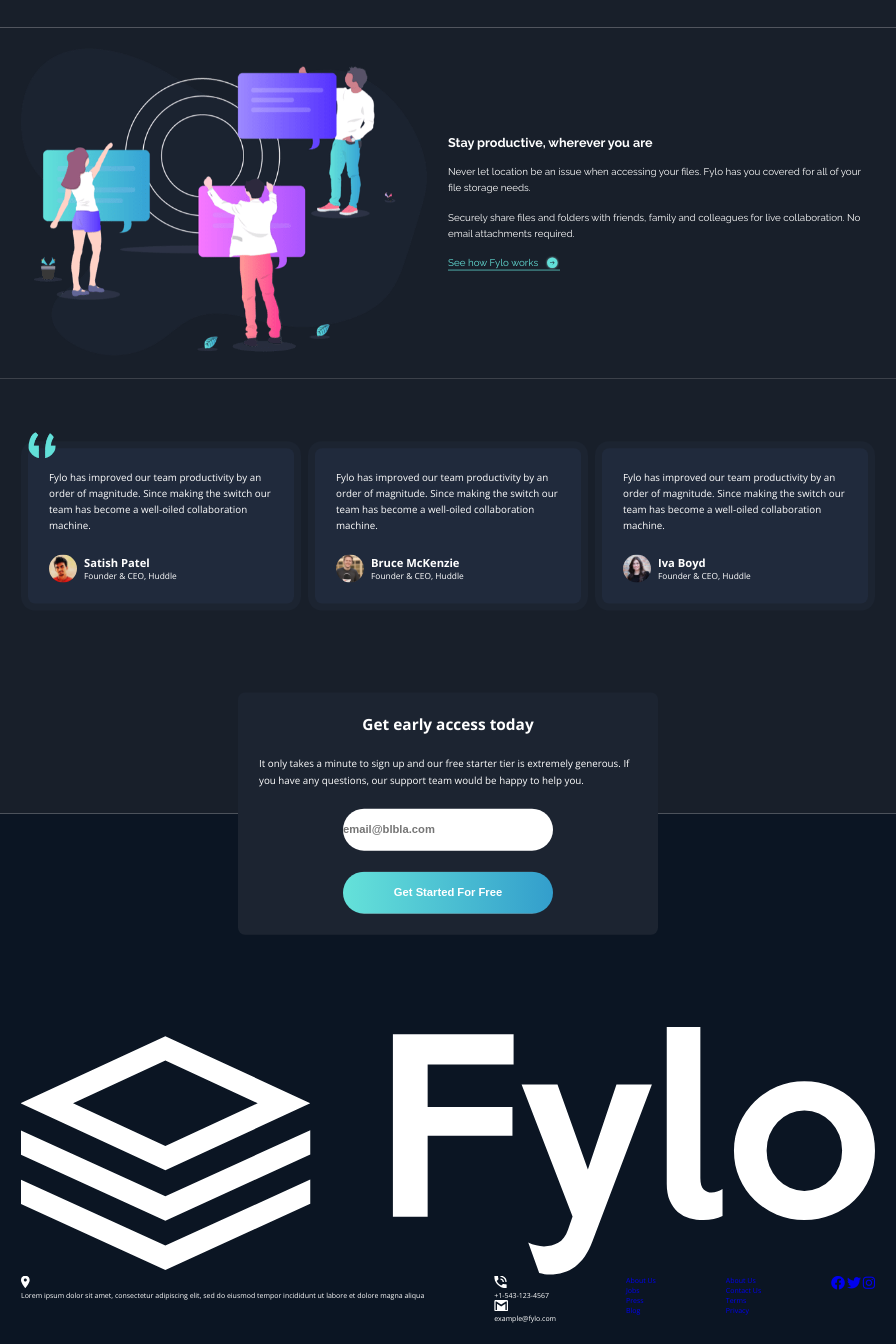
Repository: tomas938/fylo-dark-theme-landing-page-master
Page: index.html
These files come from the project's save history. The page is drawn as it stood at one moment and after the next save; the edit follows.
The browser window is 1280 px wide. The pictures show the part of the page from y = 1396 to 3316 px (the page is 3316 px tall before and 3036 px after), at 70% of full size.
Some web libraries are served in a nearby version. The style sheet was rebuilt from its Sass, Less or Tailwind sources for each picture, by a compiler version that may differ from the author's.

Above is the page before, as saved 2021-08-05 19:33:04.

### index.html
<!DOCTYPE html>
<html lang="en">
	<head>
		<meta charset="UTF-8" />
		<meta name="viewport" content="width=device-width, initial-scale=1.0" />
		<link
			rel="icon"
			type="image/png"
			sizes="32x32"
			href="./images/favicon-32x32.png"
		/>
		<title>
			Frontend Mentor | Fylo landing page with dark theme and features grid
		</title>
		<link rel="stylesheet" href="https://pro.fontawesome.com/releases/v5.10.0/css/all.css" integrity="sha384-AYmEC3Yw5cVb3ZcuHtOA93w35dYTsvhLPVnYs9eStHfGJvOvKxVfELGroGkvsg+p" crossorigin="anonymous"/>
		<link rel="stylesheet" href="/scss/main.css" />
	</head>
	<body>
		<section class="intro">
			<nav class="intro__navigation">
				<img src="/images/logo.svg" alt="" />
				<ul class="intro__navigation__links">
					<li><a href="#">Features</a></li>
					<li><a href="#">Team</a></li>
					<li><a href="#">Sign In</a></li>
				</ul>
			</nav>
			<div class="intro__description">
				<img class="bg-image" src="/images/illustration-intro.png" alt="" />
				<h1>All your files in one secure location, accessible anywhere.</h1>
				<p>
					Fylo stores all your most important files in one secure location.
					Access them wherever you need, share and collaborate with friends
					family, and co-workers.
				</p>
				<button class="blue-rounded">Get Started</button>
			</div>
		</section>
		<section class="about">
			<div class="about__item">
				<img src="/images/icon-access-anywhere.svg" class="icon"></img>
				<h3>Access your files, anywhere</h3>
				<p>
					The ability to use a smartphone, tablet, or computer to access your
					account means your files follow you everywhere.
				</p>
			</div>
			<div class="about__item">
				<img src="/images/icon-security.svg" class="icon"></img>
				<h3>Security you can trust</h3>
				<p>
					2-factor authentication and user-controlled encryption are just a
					couple of the security features we allow to help secure your files.
				</p>
			</div>
			<div class="about__item">
				<img src="/images/icon-collaboration.svg" class="icon"></img>
				<h3>Real-time collaboration</h3>
				<p>
					Securely share files and folders with friends, family and colleagues
					for live collaboration. No email attachments required.
				</p>
			</div>
			<div class="about__item">
				<img src="/images/icon-any-file.svg" class="icon"></img>
				<h3>Store any type of file</h3>
				<p>
					Whether you're sharing holidays photos or work documents, Fylo has you
					covered allowing for all file types to be securely stored and shared.
				</p>
			</div>
		</section>
    <section class="informations">
      <div class="informations__image">
        <img src="/images/illustration-stay-productive.png" alt="">
      </div>
      <div class="informations__content">
        <h4>Stay productive, wherever you are</h4>
        <p> Never let location be an issue when
		accessing your files. Fylo has you covered for all of your file storage
		needs.</p>
        <p> Securely share files and folders with friends, family and colleagues
		for live collaboration. No email attachments required.</p>
        <div class="link">
          <a href="#"> See how Fylo works</a>
          <img src="/images/icon-arrow.svg" alt="">
        </div>
      </div>
    </section>
    <section class="testimonials">
      <div class="testimonials__item">
        <img class="quotes" src="/images/bg-quotes.png" alt="">
        <p>	Fylo has improved our team productivity by an order of magnitude. Since
		making the switch our team has become a well-oiled collaboration machine.</p>
      <div class="person">
        <img src="/images/profile-1.jpg" alt="">
        <div class="person__information">
          <h4>	Satish Patel </h4>
          <h5> Founder & CEO, Huddle</h5>
        </div>
      </div>
      </div>
      <div class="testimonials__item">
        <p>	Fylo has improved our team productivity
		by an order of magnitude. Since making the switch our team has become a
		well-oiled collaboration machine.</p>
      <div class="person">
        <img src="/images/profile-2.jpg" alt="">
        <div class="person__information">
          <h4>Bruce McKenzie </h4>
          <h5> Founder & CEO, Huddle</h5>
        </div>
      </div>
      </div>
      <div class="testimonials__item">
        <p>	Fylo has improved our team productivity
		by an order of magnitude. Since making the switch our team has become a
		well-oiled collaboration machine.</p>
      <div class="person">
        <img src="/images/profile-3.jpg" alt="">
        <div class="person__information">
          <h4>	Iva Boyd </h4>
          <h5> Founder & CEO, Huddle</h5>
        </div>
      </div>
      </div>
    </section >
	<section class="contact">
		<div class="contact__item">
			<h3>Get early access today</h3>
			<p>	 It only takes a minute to sign
		  up and our free starter tier is extremely generous. If you have any
		  questions, our support team would be happy to help you.</p>
		  <input type="text" placeholder="email@blbla.com">
		  <button class="blue-rounded ">Get Started For Free</button>
		</div>
	</section>
	<!-- <footer class="footer">
		<div class="footer__wrapper">
			<div class="desk">
				<img class="logo" src="/images/logo.svg" alt="">
				<div  class="footer__wrapper__information">
					<div class="left">

						<div class="footer__wrapper__information__item">
							<img  src="/images/icon-location.svg" alt="">
							<p>Lorem ipsum dolor sit amet, consectetur adipiscing elit, sed do eiusmod
					tempor incididunt ut labore et dolore magna aliqua</p>
						</div>
					</div>
					<div class="right">

						<div class="footer__wrapper__information__item">
							<img src="/images/icon-phone.svg" alt="">
							<p> +1-543-123-4567</p>
						</div>
						<div class="footer__wrapper__information__item">
							<img  src="/images/icon-email.svg" alt="">
							<p>example@fylo.com</p>
						</div>
					</div>
					<div class="left-link">

						<div class="links-up">
							<a href="#">About Us</a>
							<a href="#">Jobs</a>
							<a href="#">Press</a>
							<a href="#"> Blog</a>
						</div>
					</div>
					<div class="right-link">

						<div class="links-down">
							<a href="#"> Contact Us</a>
							<a href="#">Terms</a>
							<a href="#"> Privacy</a>
						</div>
					</div>
					<div class="icons">
						<a href="#" ><i class="fab fa-facebook fa-2x"></i></a>
						<a href="#"><i class="fab fa-twitter fa-2x"></i></a>
						<a href="#">  <i class="fab fa-instagram fa-2x"></i>
						</a>
					</div>
				</div>
			</div>
		</div>
	</footer> -->
	<footer>
		<img class="logo" src="/images/logo.svg" alt="">
		<div class="footer__content">
			<div class="location">
				<img  src="/images/icon-location.svg" alt="">
							<p>Lorem ipsum dolor sit amet, consectetur adipiscing elit, sed do eiusmod
					tempor incididunt ut labore et dolore magna aliqua</p>
			</div>
			<div class="phone-email">
				<div class="phone"><img src="/images/icon-phone.svg" alt="">
							<p> +1-543-123-4567</p></div>
				<div class="email"><img  src="/images/icon-email.svg" alt="">
							<p>example@fylo.com</p></div>
			</div>
			<div class="right-links">
					<a href="#">About Us</a>
							<a href="#">Jobs</a>
							<a href="#">Press</a>
							<a href="#"> Blog</a>
			</div>
			<div class="left-links">
					<a href="#">About Us</a>
					<a href="#"> Contact Us</a>
					<a href="#">Terms</a>
					<a href="#"> Privacy</a>
			</div>
			<div class="icons">
						<a href="#" ><i class="fab fa-facebook fa-2x"></i></a>
						<a href="#"><i class="fab fa-twitter fa-2x"></i></a>
						<a href="#">  <i class="fab fa-instagram fa-2x"></i>
						</a>
			</div>
		</div>
	</footer>


	</body>
</html>

### scss/main.scss
@import "./_partials/variables";
@import "./_partials/_reset";
@import "./_partials/_intro";
@import "./_partials/_about";
@import "./_partials/_informations";
@import "./_partials/_testimonials";
@import "./_partials/_contact";
@import "./_partials/_footer";

### scss/_partials/_variables.scss
// COLORS //

// ### Primary //

$intro-bg: hsl(217, 28%, 15%); // intro email sign up
$main-bg: hsl(218, 28%, 13%);
$footer-bg: hsl(216, 53%, 9%);
$testimonials-bg: hsl(219, 30%, 18%);

// ### Accent //

$cayn: hsl(176, 68%, 64%); //(inside call-to-action gradient)//
$blue: hsl(198, 60%, 50%); //(inside call-to-action gradient)//
$error: hsl(0, 100%, 63%);

// ### Neutral //

$white: hsl(0, 0%, 100%);

// FONTS //

// ### Headings, Call-to-actions, Header Navigation //

@import url("https://fonts.googleapis.com/css2?family=Raleway:wght@400;700&display=swap");

$heading-font: "Raleway", sans-serif;
$heading-light: 400;
$heading-bold: 700;

// ### Body //

@import url("https://fonts.googleapis.com/css2?family=Open+Sans:wght@400;700&family=Raleway:wght@400;700&display=swap");

$body-font: "Open Sans", sans-serif;
$body-light: 400;
$body-bold: 700;

// Button
.blue-rounded {
	max-width: 30rem;
	font-size: 1.6rem;
	font-weight: $heading-bold;
	border: none;
	outline: none;
	color: $white;
	background-image: linear-gradient(to right, $cayn, $blue);
	border-radius: 3rem;
	height: 6rem;
	width: 100%;
}

### scss/_partials/_reset.scss
* {
	margin: 0;
	padding: 0;
	box-sizing: border-box;
}
body {
	color: $white;
	font-family: $body-font;
}
html {
	font-size: 62.5%;
	@media only screen and (min-width: 1600px) {
		font-size: 93.5%;
	}
	// @media only screen and (min-width: 1400px) {
	// 	font-size: 83.5%;
	// }
	@media only screen and (max-width: 800px) {
		font-size: 83.5%;
	}
	@media only screen and (max-width: 600px) {
		font-size: 63.5%;
	}
	@media only screen and (max-width: 340px) {
		font-size: 53.5%;
	}
}
a {
	text-decoration: none;
}
li {
	list-style: none;
}

### scss/_partials/_intro.scss
.intro {
	background-color: $intro-bg;
	font-family: $heading-font;
	background-image: url(/images/bg-curvy-mobile.svg);
	background-repeat: no-repeat;
	background-position: bottom;
	background-size: 150% 50%;

	&__navigation {
		padding: 3rem 2rem;
		display: flex;
		justify-content: space-between;
		@media only screen and (min-width: 800px) {
			padding: 3rem 8rem;
		}
	}
	img {
		width: 10rem;
		height: 2.95rem;
	}

	&__navigation__links {
		display: flex;
		align-items: center;
	}
	li:not(:last-child) {
		margin-right: 2.2rem;
	}
	a {
		color: $white;
		font-weight: $heading-light;
		font-size: 1.4rem;
	}
	&__description {
		max-width: 60rem;
		padding: 3rem;
		margin: auto;
		display: flex;
		flex-direction: column;
		align-items: center;
		grid-gap: 2rem;
	}
	.bg-image {
		width: 100%;
		height: 100%;
	}
	h1 {
		font-size: 2.5rem;
		text-align: center;
		line-height: 3.5rem;
	}
	p {
		font-size: 1.4rem;
		line-height: 2.3rem;
		text-align: center;
	}
}

### scss/_partials/_about.scss
.about {
	display: grid;
	grid-template-columns: 1fr;
	@media only screen and (min-width: 800px) {
		grid-template-columns: 35rem 35rem;
		grid-gap: 10rem;
		justify-content: center;
	}
	justify-items: center;
	grid-gap: 5rem;
	background-color: $main-bg;
	font-family: $heading-font;
	padding: 5rem 0;
	&__item {
		max-width: 35rem;

		display: flex;
		flex-direction: column;
		align-items: center;
		justify-content: center;
		padding: 0 1.5rem;
		grid-gap: 1rem;
	}
	.icon {
		margin-bottom: 3rem;
	}
	h3 {
		font-size: 2.2rem;
	}
	p {
		font-size: 1.4rem;
		line-height: 2.3rem;
	}
	h3,
	p {
		text-align: center;
	}
}

### scss/_partials/_informations.scss
.informations {
	display: flex;
	flex-direction: column;
	@media only screen and (min-width: 800px) {
		flex-direction: row;
		justify-content: space-around;
	}
	justify-content: center;
	align-items: center;
	grid-gap: 3rem;
	font-family: $heading-font;
	background-color: $main-bg;
	padding: 3rem;
	&__image {
		img {
			width: 100%;
		}
	}
	&__content {
		max-width: 60rem;
		@media only screen and (min-width: 800px) {
			max-width: 50%;
		}
		display: flex;
		flex-direction: column;
		grid-gap: 2rem;
	}
	h3 {
		text-align: center;
	}

	h4 {
		font-size: 1.8rem;
	}
	p {
		font-size: 1.4rem;
		line-height: 2.3rem;
		text-align: left;
	}
	.link {
		display: flex;
		align-items: center;
		justify-content: flex-start;
		border-bottom: 1px solid $cayn;
		width: 16rem;
		a {
			font-size: 1.4rem;
			color: $cayn;
		}
		img {
			margin-left: 1rem;
			height: 2rem;
		}
	}
}

### scss/_partials/_testimonials.scss
.testimonials {
	background-color: $main-bg;
	display: flex;
	flex-direction: column;
	@media only screen and (min-width: 800px) {
		flex-direction: row;
		grid-gap: 3rem;
	}
	align-items: center;
	grid-gap: 5rem;
	padding: 10rem 4rem 30rem 4rem;
	position: relative;
	&__item {
		max-width: 60rem;
		background-color: $testimonials-bg;
		border-radius: 1rem;
		box-shadow: 0px 0px 0px 10px $intro-bg;
		padding: 3rem;
		display: flex;
		flex-direction: column;
		grid-gap: 3rem;
		position: relative;
		.quotes {
			position: absolute;
			top: -2.5rem;
			left: 0;
		}
	}
	.person {
		display: flex;
		align-items: center;
		grid-gap: 1rem;
	}
	img {
		border-radius: 50%;
		width: 4rem;
		height: 4rem;
	}
	p {
		font-size: 1.4rem;
		line-height: 2.3rem;
	}
	h4 {
		font-size: 1.6rem;
	}
	h5 {
		font-size: 1.2rem;
		font-weight: $heading-light;
	}
}

### scss/_partials/_contact.scss
.contact {
	display: flex;
	justify-content: center;
	position: relative;
	.contact__item {
		position: absolute;
		width: 90%;
		transform: translateY(-50%);
		z-index: 1;
		background-color: $intro-bg;
		padding: 3rem;
		border-radius: 1rem;
		max-width: 60rem;
		display: flex;
		flex-direction: column;
		align-items: center;
		grid-gap: 3rem;
	}
	h3 {
		font-size: 2.2rem;
	}
	p {
		font-size: 1.4rem;
		line-height: 2.3rem;
	}
	input {
		max-width: 30rem;
		font-size: 1.6rem;
		font-weight: $heading-bold;
		border: none;
		outline: none;
		color: $white;
		border-radius: 3rem;
		height: 6rem;
		width: 100%;
	}
}

### scss/_partials/_footer.scss
// .footer {
// 	display: flex;
// 	justify-content: center;
// 	@media only screen and (min-width: 1000px) {
// 		display: block;
// 	}
// 	width: 100%;
// 	background-color: $footer-bg;
// 	color: $white;
// 	.footer__wrapper {
// 		max-width: 60rem;
// 		display: flex;
// 		flex-direction: column;
// 		@media only screen and (min-width: 1000px) {
// 			width: 100%;
// 			flex-direction: row;
// 		}
// 		grid-gap: 3rem;
// 		padding: 30rem 3rem 3rem 3rem;
// 		font-size: 1.6rem;
// 		&__information {
// 			display: flex;
// 			flex-direction: column;
// 			@media only screen and (min-width: 1000px) {
// 				flex-direction: row;
// 				justify-content: space-between;
// 			}
// 			grid-gap: 3rem;
// 		}
// 		&__information__item {
// 			display: flex;
// 			grid-gap: 3rem;
// 		}
// 		.logo {
// 			width: 16rem;
// 			height: 5rem;
// 			margin-bottom: 3rem;
// 		}
// 		.links-up,
// 		.links-down {
// 			display: flex;
// 			flex-direction: column;
// 			grid-gap: 2rem;
// 		}
// 		.links-up {
// 			padding-top: 5rem;
// 			@media only screen and (min-width: 1000px) {
// 				padding-top: 0rem;
// 			}
// 		}
// 		.links-down {
// 			padding-bottom: 5rem;
// 		}
// 		.icons {
// 			display: flex;
// 			justify-content: center;
// 		}

// 		i {
// 			border: 1px solid $white;
// 			border-radius: 50px;
// 			margin: 0.5rem;
// 			padding: 1rem;
// 		}
// 		img {
// 			width: 2rem;
// 			height: 2rem;
// 		}
// 		a {
// 			color: $white;
// 		}
// 	}
// }
// .desk {
// 	display: flex;
// 	flex-direction: column;
// 	justify-content: space-between;
// 	align-items: space-between;
// }
// .right {
// 	display: flex;
// 	grid-gap: 3rem;
// 	flex-direction: column;
// }
footer {
	background-color: $footer-bg;
	padding: 30rem 3rem 3rem 3rem;
	display: flex;
	flex-direction: column;
	.footer__content {
		display: flex;
		justify-content: space-between;
	}
	.right-links,
	.left-links {
		display: flex;
		flex-direction: column;
	}
}

After the next save:
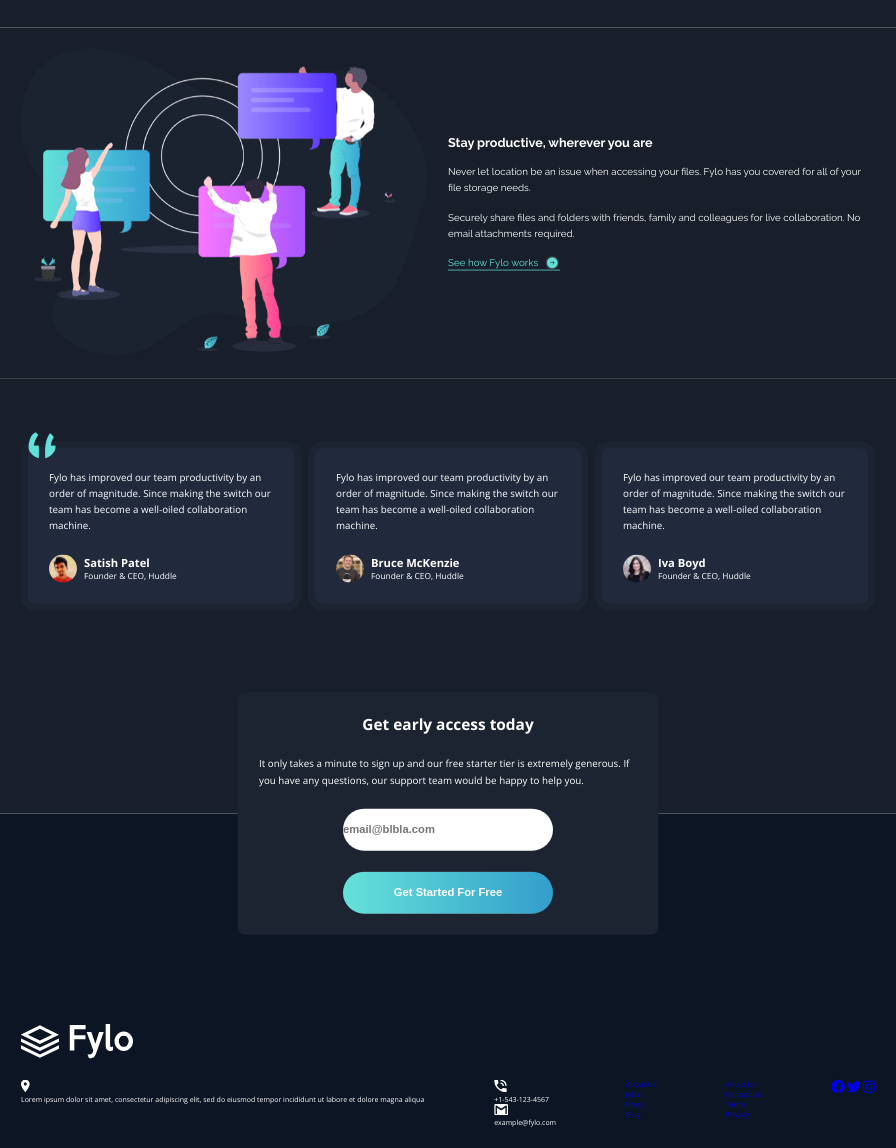
Saved 10 s later.
--- a/scss/_partials/_footer.scss
+++ b/scss/_partials/_footer.scss
@@ -97,3 +97,8 @@ footer {
 		flex-direction: column;
 	}
 }
+.logo {
+	width: 16rem;
+	height: 5rem;
+	margin-bottom: 3rem;
+}
